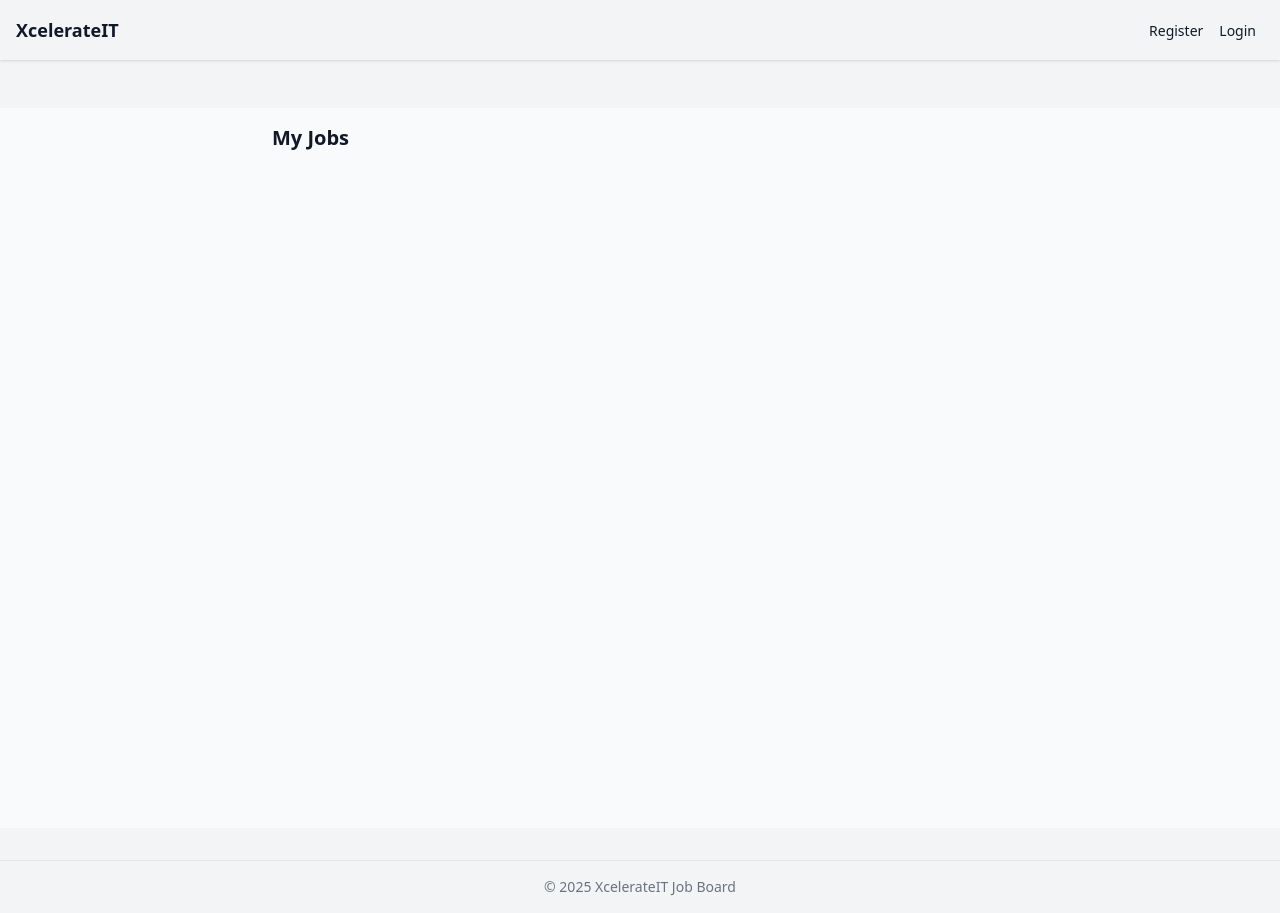
Repository: mujahid341/Job-board-application-frontend
Page: /employer/jobs
The author's editor kept a copy of each file at every save. The page is drawn from the files as they stood at one save, then again after the next save.
The browser window is 1280 px wide. The pictures show the whole page.
The page's requests for data from a server got no answer. The project was rebuilt for these pictures with package versions that can differ from the ones it lists, and the page was loaded fresh each time. No one was signed in, and anything a server would have sent is missing. Also part of the build but not shown: vite.config.js, src/components/NotFound/NotFound.css, src/components/NotFound/NotFound.jsx, src/pages/HomePage/HomePage.jsx, src/pages/RegisterPage/RegisterPage.jsx, src/pages/LoginPage/LoginPage.jsx, src/pages/EmployerDashboard/EmployerDashboard.css, src/pages/EmployerDashboard/EmployerDashboard.jsx and 6 more. Imported but missing from the stored project, and not drawn on this page: src/context/AuthProvider.

Above is the page before, as saved 2025-05-26 00:59:01.

### src/main.jsx
import './index.css';
import React from 'react';
import ReactDOM from 'react-dom/client';
import App from './App';
import { BrowserRouter } from 'react-router-dom';
import AuthProvider from './contexts/AuthContext';

ReactDOM.createRoot(document.getElementById('root')).render(
  <React.StrictMode>
    <BrowserRouter>      <AuthProvider>
        <App />
      </AuthProvider>
    </BrowserRouter>
  </React.StrictMode>
);

### src/App.jsx
// ✅ Updated App.jsx with Home Page and full routes
import { Routes, Route } from 'react-router-dom';
import Navbar from './components/Navbar/Navbar';
import Footer from './components/Footer/Footer';
import NotFound from './components/NotFound/NotFound';

// Home page
import HomePage from './pages/HomePage/HomePage';

// Auth pages
import RegisterPage from './pages/RegisterPage/RegisterPage';
import LoginPage from './pages/LoginPage/LoginPage';

// Employer pages
import EmployerDashboard from './pages/EmployerDashboard/EmployerDashboard';
import EmployerJobCreate from './pages/EmployerJobCreate/EmployerJobCreate';
import EmployerJobEdit from './pages/EmployerJobEdit/EmployerJobEdit';
import EmployerJobList from './pages/EmployerJobList/EmployerJobList';

// Job seeker pages
import JobSearchPage from './pages/JobSearchPage/JobSearchPage';
import JobDetailPage from './pages/JobDetailPage/JobDetailPage';

function App() {
  return (
    <>
      <Navbar />
      <main className="min-h-screen bg-gray-50">
        <Routes>
          {/* Home Route */}
          <Route path="/" element={<HomePage />} />

          {/* Auth Routes */}
          <Route path="/register" element={<RegisterPage />} />
          <Route path="/login" element={<LoginPage />} />

          {/* Employer Routes */}
          <Route path="/employer/dashboard" element={<EmployerDashboard />} />
          <Route path="/employer/jobs/create" element={<EmployerJobCreate />} />
          <Route path="/employer/jobs/edit/:id" element={<EmployerJobEdit />} />
          <Route path="/employer/jobs" element={<EmployerJobList />} />

          {/* Job Seeker Routes */}
          <Route path="/jobs" element={<JobSearchPage />} />
          <Route path="/jobs/:id" element={<JobDetailPage />} />

          {/* 404 Route */}
          <Route path="*" element={<NotFound />} />
        </Routes>
      </main>
      <Footer />
    </>
  );
}

export default App;

### src/contexts/AuthContext.jsx
import { createContext, useContext, useState, useEffect } from 'react';
const AuthContext = createContext();
export const useAuth = () => useContext(AuthContext);
export default function AuthProvider({ children }) {
  const [user, setUser] = useState(null);
  useEffect(() => {
    const token = localStorage.getItem('token');
    const role = localStorage.getItem('role');
    if (token && role) setUser({ token, role });
  }, []);
  const login = (token, role) => {
    localStorage.setItem('token', token);
    localStorage.setItem('role', role);
    setUser({ token, role });
  };
  const logout = () => {
    localStorage.removeItem('token');
    localStorage.removeItem('role');
    setUser(null);
  };
  return (
    <AuthContext.Provider value={{ user, login, logout }}>
      {children}
    </AuthContext.Provider>
  );
}

### src/components/Navbar/Navbar.jsx
import './Navbar.css';
import { Link } from 'react-router-dom';

export default function Navbar() {
  const isLoggedIn = !!localStorage.getItem('token');

  const handleLogout = () => {
    localStorage.clear();
    window.location.href = '/login';
  };

  return (
    <nav className="navbar">
      <Link to="/" className="nav-brand">XcelerateIT</Link>
      <div className="nav-links">
        {isLoggedIn ? (
          <>
            <Link to="/employer/dashboard">Dashboard</Link>
            <button className="nav-btn" onClick={handleLogout}>Logout</button>
          </>
        ) : (
          <>
            <Link to="/register">Register</Link>
            <Link to="/login">Login</Link>
          </>
        )}
      </div>
    </nav>
  );
}

### src/components/Footer/Footer.jsx
import './Footer.css';

export default function Footer() {
  return (
    <footer className="footer">
      <p>© 2025 XcelerateIT Job Board</p>
    </footer>
  );
}

### src/pages/EmployerJobList/EmployerJobList.jsx
import './EmployerJobList.css';
import { useEffect, useState } from 'react';
import { getMyJobs, deleteJob } from '../../services/jobApi';
import { Link } from 'react-router-dom';

export default function EmployerJobList() {
  const [jobs, setJobs] = useState([]);

  const fetchJobs = async () => {
    try {
      const res = await getMyJobs();
      setJobs(res.data);
    } catch (err) {
      console.error('Failed to fetch jobs:', err);
    }
  };

  const handleDelete = async (id) => {
    try {
      await deleteJob(id);
      fetchJobs(); // refresh after delete
    } catch (err) {
      console.error('Delete failed:', err);
    }
  };

  useEffect(() => {
    fetchJobs();
  }, []);

  return (
    <div className="job-list-container">
      <h2 className="text-xl font-semibold mb-4">My Jobs</h2>
      <div className="space-y-4">
        {jobs.map((job) => (
          <div key={job.id} className="job-card">
            <div>
              <h3 className="text-lg font-bold">{job.title}</h3>
              <p className="text-sm text-gray-600">{job.location}</p>
              <p className="text-sm">{job.skills || job.skill}</p>
            </div>
            <div className="button-group">
              <Link to={`/employer/jobs/edit/${job.id}`} className="edit-btn">Edit</Link>
              <button className="delete-btn" onClick={() => handleDelete(job.id)}>Delete</button>
            </div>
          </div>
        ))}
      </div>
    </div>
  );
}

### src/components/Navbar/Navbar.css
.navbar {
  @apply flex justify-between items-center bg-gray-100 p-4 shadow;
}

.nav-links a, .nav-btn {
  @apply mx-2 text-sm hover:text-blue-600;
}

.nav-brand {
  @apply font-bold text-lg;
}

### src/components/Footer/Footer.css
.footer {
  @apply text-center py-4 text-sm text-gray-500 mt-8 border-t;
}

### src/services/jobApi.js
import axios from 'axios';

const jobAPI = axios.create({
  baseURL: 'http://localhost:8082/api/jobboard', // adjust if your backend address changes
  headers: {
    'Content-Type': 'application/json'
  }
});

// Attach token before each request if available
jobAPI.interceptors.request.use(
  (config) => {
    const token = localStorage.getItem('token');
    if (token) {
      config.headers['Authorization'] = `Bearer ${token}`;
    }
    return config;
  },
  (error) => Promise.reject(error)
);

// ✅ Get all jobs created by the logged-in employer
export const getMyJobs = () => jobAPI.get('/job/my');

// ✅ Create a new job
export const createJob = (data) => jobAPI.post('/job', data);

// ✅ Update an existing job by ID
export const updateJob = (id, data) => jobAPI.put(`/job/${id}`, data);

// ✅ Delete a job by ID
export const deleteJob = (id) => jobAPI.delete(`/job/${id}`);

// ✅ Get a single job by ID (for detail or edit pages)
export const getJobById = (id) => jobAPI.get(`/job/${id}`);

// ✅ Search jobs (for job seekers with filters)
export const searchJobs = (queryParams) => {
  const query = new URLSearchParams(queryParams).toString();
  return jobAPI.get(`/job/search?${query}`);
};

export default jobAPI;

### src/pages/EmployerJobList/EmployerJobList.css
.job-list-container {
  @apply max-w-3xl mx-auto mt-12 p-4;
}

.job-card {
  @apply flex justify-between items-center border p-4 rounded shadow;
}

.button-group button {
  @apply px-3 py-1 text-sm rounded mx-1;
}

.edit-btn {
  @apply bg-blue-500 text-white hover:bg-blue-600;
}

.delete-btn {
  @apply bg-red-500 text-white hover:bg-red-600;
}

Loaded but not shown: index.html (common file); src/index.css (common file); tailwind.config.js (common file)

After the next save:
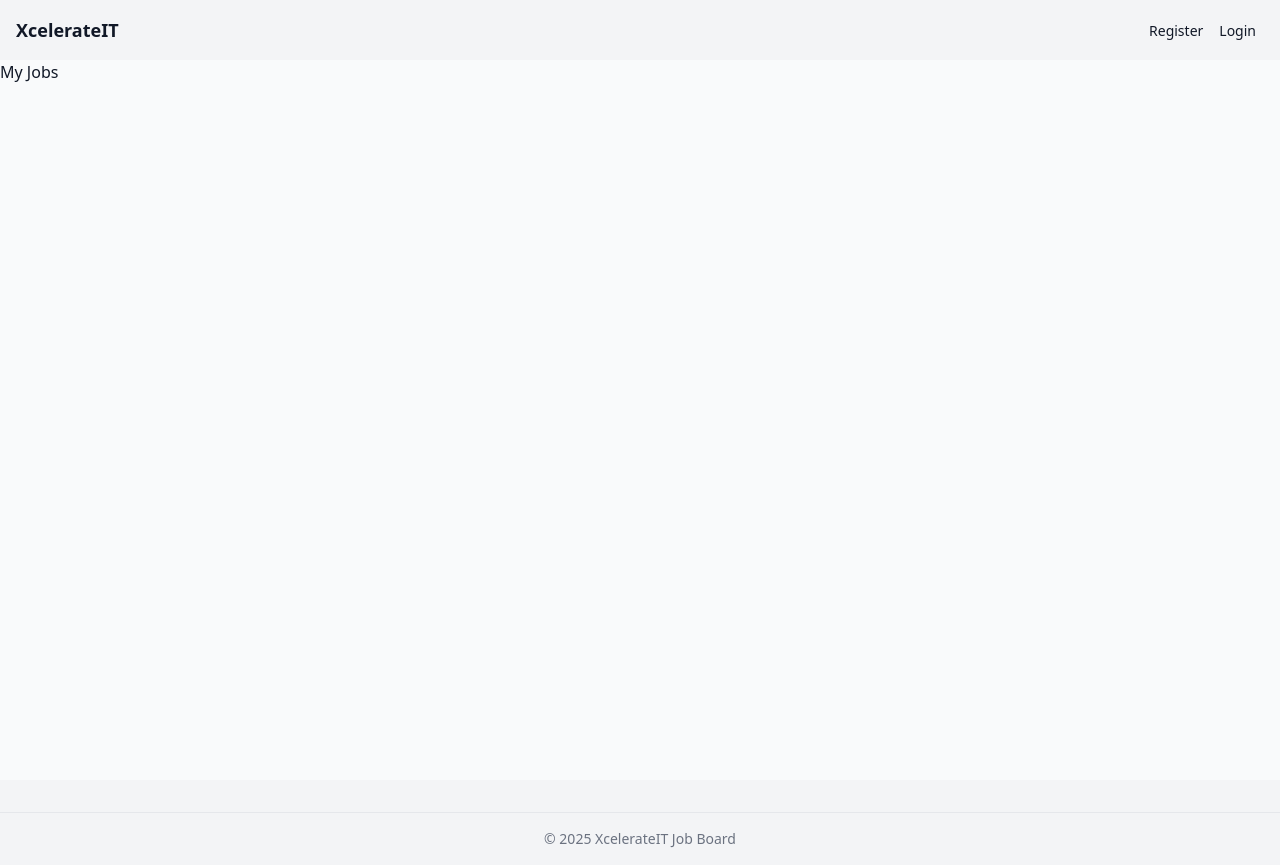
Saved 21 s later.
--- a/src/pages/EmployerJobList/EmployerJobList.jsx
+++ b/src/pages/EmployerJobList/EmployerJobList.jsx
@@ -1,4 +1,3 @@
-import './EmployerJobList.css';
 import { useEffect, useState } from 'react';
 import { getMyJobs, deleteJob } from '../../services/jobApi';
 import { Link } from 'react-router-dom';
@@ -18,7 +17,7 @@ export default function EmployerJobList() {
   const handleDelete = async (id) => {
     try {
       await deleteJob(id);
-      fetchJobs(); // refresh after delete
+      fetchJobs();
     } catch (err) {
       console.error('Delete failed:', err);
     }
@@ -29,23 +28,17 @@ export default function EmployerJobList() {
   }, []);
 
   return (
-    <div className="job-list-container">
-      <h2 className="text-xl font-semibold mb-4">My Jobs</h2>
-      <div className="space-y-4">
-        {jobs.map((job) => (
-          <div key={job.id} className="job-card">
-            <div>
-              <h3 className="text-lg font-bold">{job.title}</h3>
-              <p className="text-sm text-gray-600">{job.location}</p>
-              <p className="text-sm">{job.skills || job.skill}</p>
-            </div>
-            <div className="button-group">
-              <Link to={`/employer/jobs/edit/${job.id}`} className="edit-btn">Edit</Link>
-              <button className="delete-btn" onClick={() => handleDelete(job.id)}>Delete</button>
-            </div>
-          </div>
-        ))}
-      </div>
+    <div>
+      <h2>My Jobs</h2>
+      {jobs.map((job) => (
+        <div key={job.id}>
+          <h3>{job.title}</h3>
+          <p>{job.location}</p>
+          <p>{job.skills}</p>
+          <Link to={`/employer/jobs/edit/${job.id}`}>Edit</Link>
+          <button onClick={() => handleDelete(job.id)}>Delete</button>
+        </div>
+      ))}
     </div>
   );
 }
